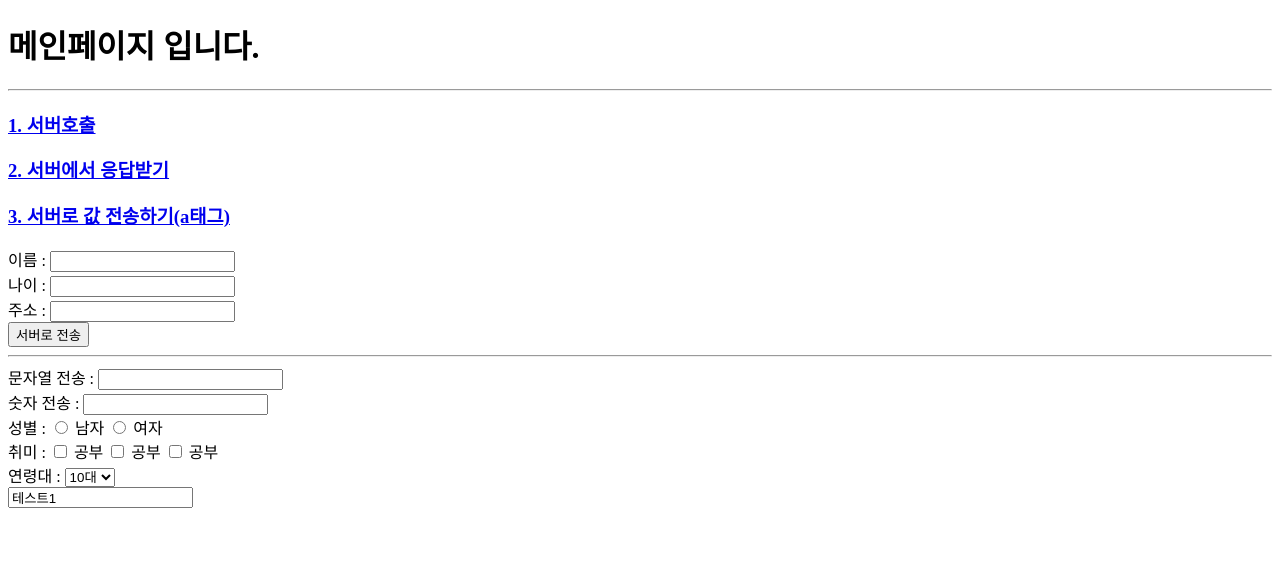
Repository: JWbase/Web_JAVA
Page: web-workspace/02_noDbProject/src/main/webapp/index.html
An editor plug-in stored every save of this project. The page is shown before and after the next save, followed by the edit.
The browser window is 1280 px wide. The pictures show the whole page.

Above is the page before, as saved 2022-08-29 07:52:14.

### web-workspace/02_noDbProject/src/main/webapp/index.html
<!DOCTYPE html>
<html>
<head>
<meta charset="UTF-8">
<title>Insert title here</title>
</head>
<body>
	<h1>메인페이지 입니다.</h1>
	<hr>
	<h3>
		<a href="/requestServer.do">1. 서버호출</a>
	</h3>
	<h3>
		<a href="/responseTest.do">2. 서버에서 응답받기</a>
	</h3>
	<h3>
		<a href="/sendData1.do?name=이정우&test=abc">3. 서버로 값 전송하기(a태그)</a>
	</h3>
	<form action="/sendData2.do" method="post">
		이름 : <input type="text" name="name"><br> 나이 : <input
			type="text" name="age"><br> 주소 : <input type="text"
			name="addr"><br> <input type="submit" value="서버로 전송">
	</form>
	<hr>
	<form action="/sendData3.do" method="post">
		문자열 전송 : <input type="text" name="str"><br> 숫자 전송 : <input
			type="text" name="num"><br> 성별 : <input type="radio"
			name="gender" value="남" id="m"> <label for="m">남자</label> <input
			type="radio" name="gender" value="여" id="f"> <label for="f">여자</label>
		<br> 취미 : <input type="checkbox" name="hobby" value="공부"
			id="study"> <label for="study">공부</label> <input
			type="checkbox" name="hobby" value="독서" id="book"> <label
			for="book">공부</label> <input type="checkbox" name="hobby" value="잠"
			id="sleep"> <label for="sleep">공부</label> <br> 연령대 : <select
			name="age">
			<option value="10">10대</option>
			<option value="20">20대</option>
			<option value="30">30대</option>
			<option value="40">40대</option>
		</select> <br>
		<input type="hidden" name="hiddenData" value="히든데이터">
		<input type="text" name="input1" value="테스트1" readonly><br>
	</form>
</body>
</html>

After the next save:
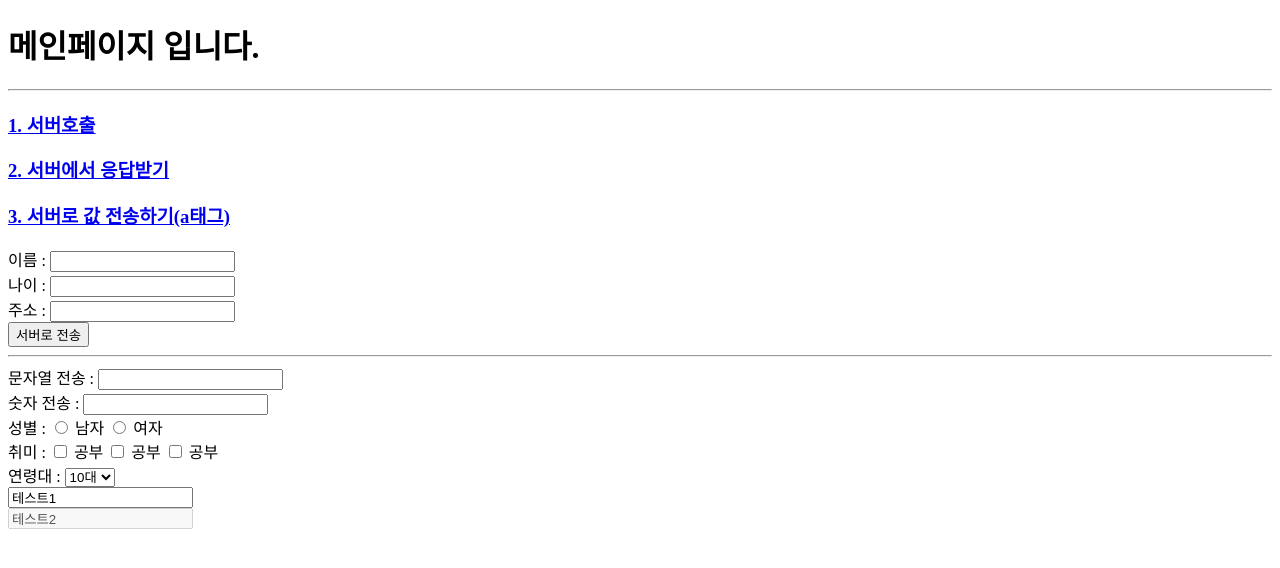
Saved 18 s later.
--- a/web-workspace/02_noDbProject/src/main/webapp/index.html
+++ b/web-workspace/02_noDbProject/src/main/webapp/index.html
@@ -40,6 +40,7 @@
 		</select> <br>
 		<input type="hidden" name="hiddenData" value="히든데이터">
 		<input type="text" name="input1" value="테스트1" readonly><br>
+		<input type="text" name="input2" value="테스트2" disabled>
 	</form>
 </body>
 </html>
